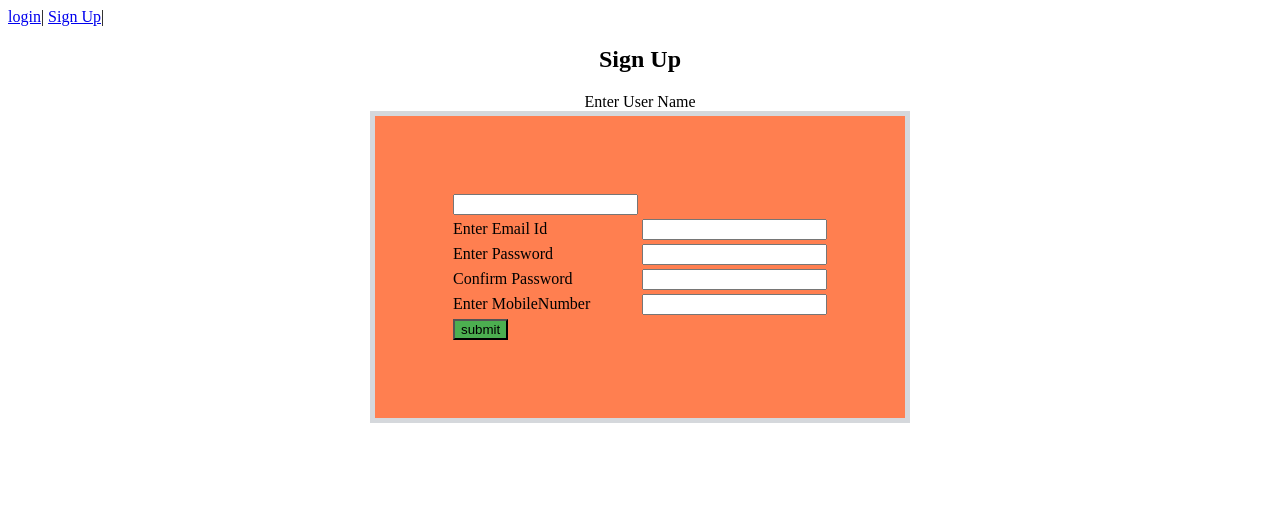
Repository: ashwinipatil321/ServletPrograms
Page: http://localhost/loginAndRegisterServlet/Register.jsp
The author's editor kept a copy of each file at every save. The page is drawn from the files as they stood at one save, then again after the next save.
The browser window is 1280 px wide. The pictures show the whole page.
The page is served by Tomcat 9.

Above is the page before, as saved 2017-11-06 13:34:36.

After the next save:
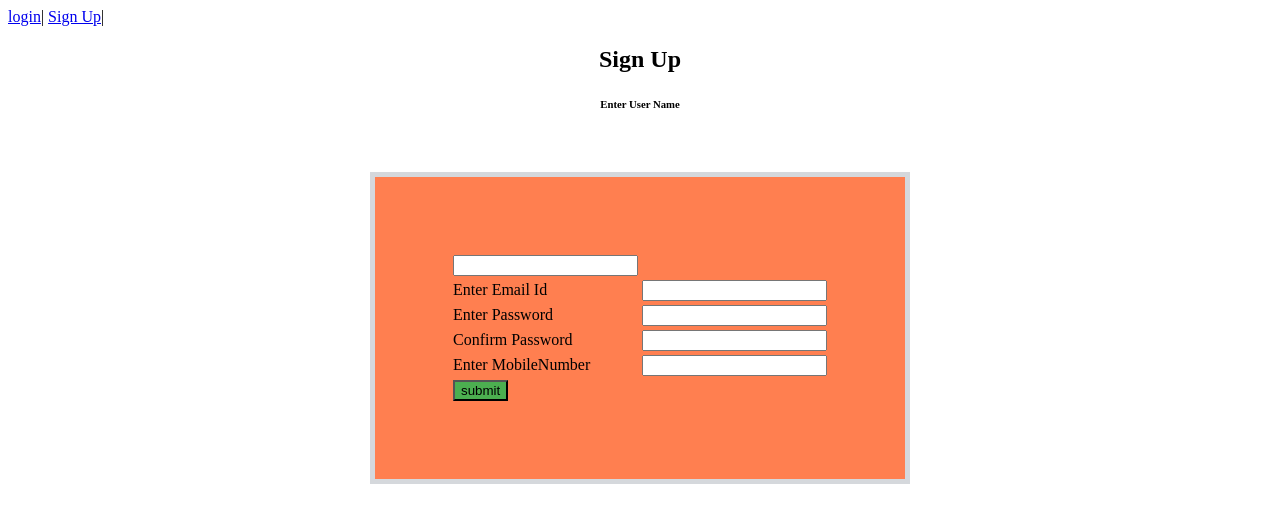
Saved 66 s later.
--- a/loginAndRegisterServlet/WebContent/Register.jsp
+++ b/loginAndRegisterServlet/WebContent/Register.jsp
@@ -33,7 +33,7 @@ table {
 				<table border="0">
 					<h2>Sign Up</h2>
 					<tr>
-						<label>Enter User Name<label><br>
+						<h6>Enter User Name<h6><br>
 						<td><input type="text" name="UserName"></td>
 					</tr>
 
